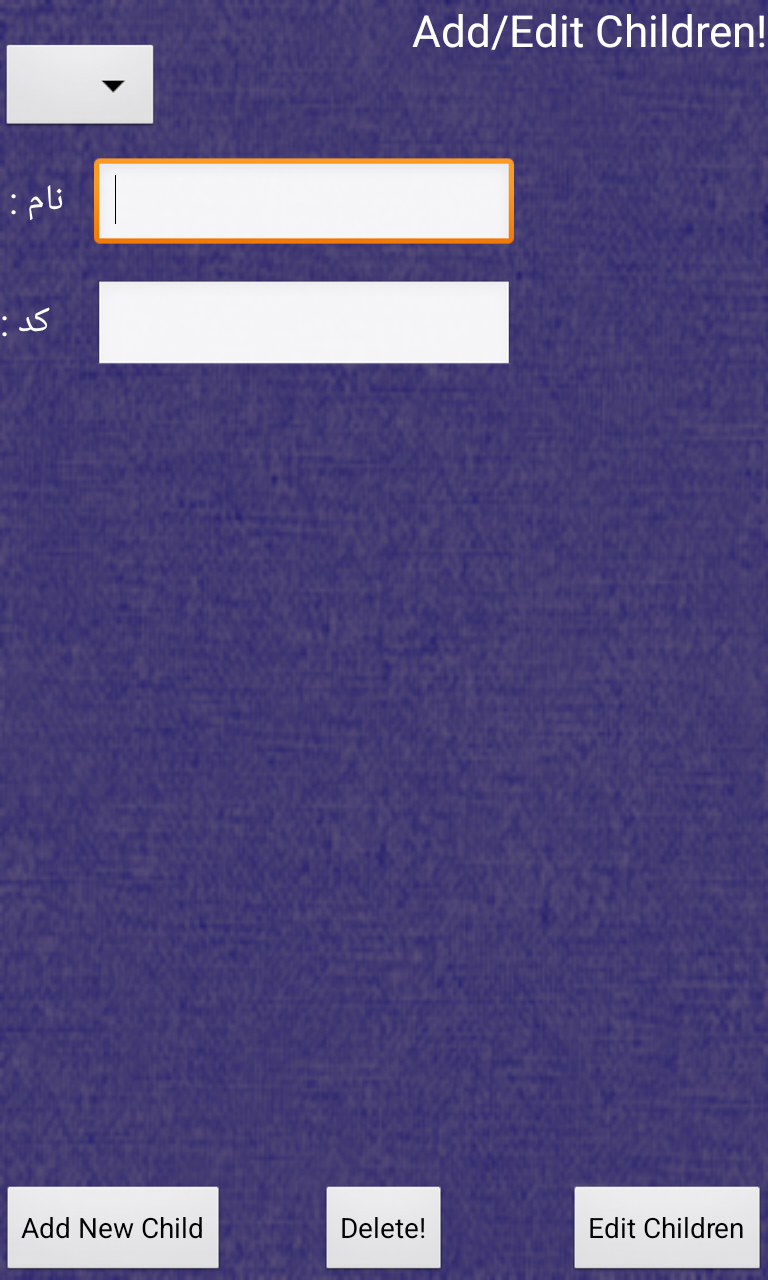
Repository: samanamp/RR-Controller
Layout: RRC app/res/layout/activity_child_setting.xml
An editor plug-in stored every save of this project. The layout is shown before and after the next save, followed by the edit.
It is drawn on a 768 x 1280 px phone screen (xhdpi) without system bars, with theme AppTheme; the app's code is not run.

Above is the layout before, as saved 2012-08-09 14:35:36.

### RRC app/res/layout/activity_child_setting.xml
<?xml version="1.0" encoding="utf-8"?>
<RelativeLayout xmlns:android="http://schemas.android.com/apk/res/android"
    xmlns:tools="http://schemas.android.com/tools"
    android:layout_width="match_parent"
    android:layout_height="match_parent"
    android:background="@drawable/bg_menu" >

    <Button
        android:id="@+id/button1"
        android:layout_width="wrap_content"
        android:layout_height="wrap_content"
        android:layout_alignParentBottom="true"
        android:layout_alignParentLeft="true"
        android:onClick="newChild"
        android:text="Add New Child" />

    <Button
        android:id="@+id/button2"
        android:layout_width="wrap_content"
        android:layout_height="wrap_content"
        android:layout_alignParentBottom="true"
        android:layout_alignParentRight="true"
        android:onClick="editChild"
        android:text="Edit Children" />

    <Spinner
        android:id="@+id/spinner1"
        android:layout_width="wrap_content"
        android:layout_height="wrap_content"
        android:layout_alignParentLeft="true"
        android:layout_marginTop="20dp" />

    <TextView
        android:id="@+id/textView2"
        android:layout_width="wrap_content"
        android:layout_height="wrap_content"
        android:layout_alignParentLeft="true"
        android:layout_below="@+id/spinner1"
        android:layout_marginTop="19dp"
        android:text="نام : "
        android:textAppearance="?android:attr/textAppearanceMedium"
        android:textColor="#ffffff" />

    <EditText
        android:id="@+id/editText1"
        android:layout_width="wrap_content"
        android:layout_height="wrap_content"
        android:layout_alignBaseline="@+id/textView2"
        android:layout_alignBottom="@+id/textView2"
        android:layout_marginLeft="15dp"
        android:layout_toRightOf="@+id/textView2"
        android:ems="10" >

        <requestFocus />
    </EditText>

    <TextView
        android:id="@+id/textView3"
        android:layout_width="wrap_content"
        android:layout_height="wrap_content"
        android:layout_alignParentLeft="true"
        android:layout_below="@+id/editText1"
        android:layout_marginTop="22dp"
        android:text="کد :"
        android:textAppearance="?android:attr/textAppearanceMedium"
        android:textColor="#ffffff" />

    <EditText
        android:id="@+id/editText2"
        android:layout_width="wrap_content"
        android:layout_height="wrap_content"
        android:layout_alignBaseline="@+id/textView3"
        android:layout_alignBottom="@+id/textView3"
        android:layout_alignLeft="@+id/editText1"
        android:ems="10"
        android:inputType="number" />

    <Button
        android:id="@+id/button3"
        android:layout_width="wrap_content"
        android:layout_height="wrap_content"
        android:layout_alignParentBottom="true"
        android:layout_centerHorizontal="true"
        android:onClick="delChild"
        android:text="Delete!" />

    <TextView
        android:id="@+id/textView1"
        android:layout_width="wrap_content"
        android:layout_height="wrap_content"
        android:layout_alignParentRight="true"
        android:layout_alignParentTop="true"
        android:text="Add/Edit Children!"
        android:textAppearance="?android:attr/textAppearanceLarge"
        android:textColor="#ffffff" />

</RelativeLayout>

Loaded but not shown: RRC app/res/values/styles.xml (common file)

After the next save:
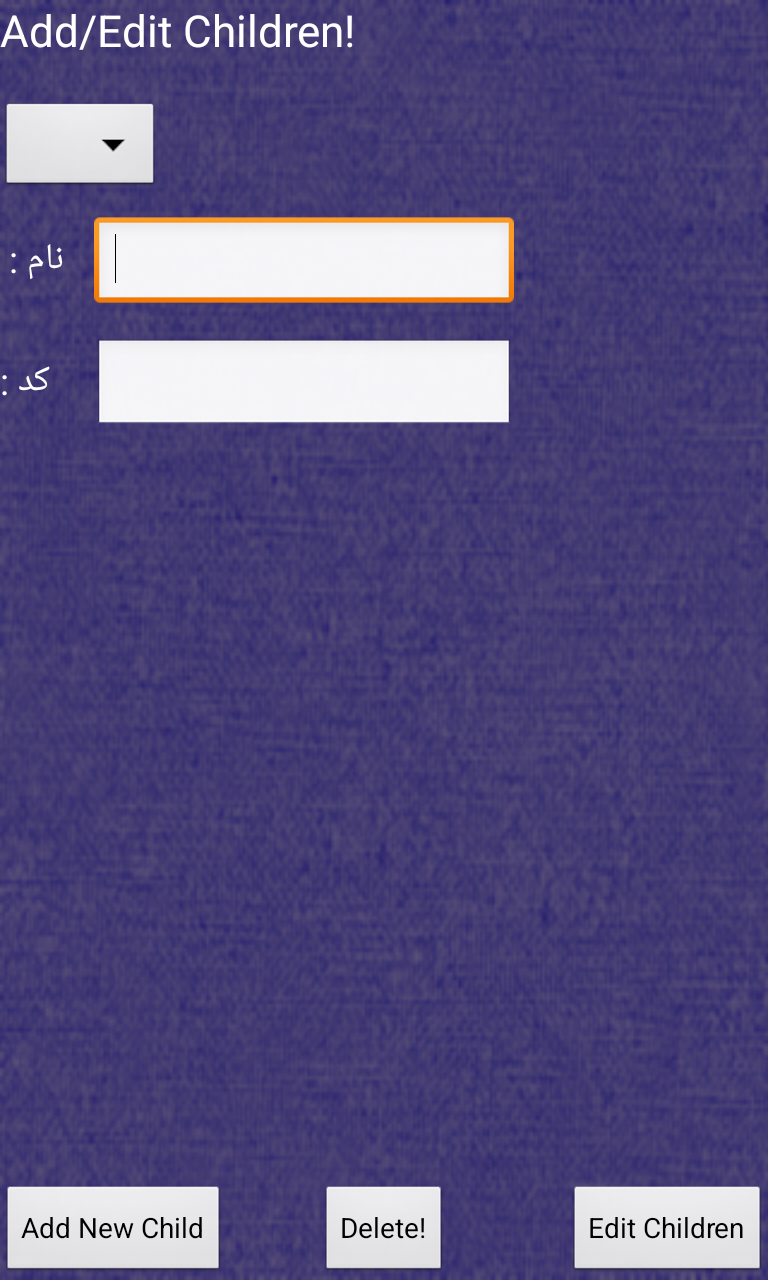
Saved 108 s later.
--- a/RRC app/res/layout/activity_child_setting.xml
+++ b/RRC app/res/layout/activity_child_setting.xml
@@ -23,11 +23,22 @@
         android:onClick="editChild"
         android:text="Edit Children" />
 
+    <TextView
+        android:id="@+id/textView1"
+        android:layout_width="wrap_content"
+        android:layout_height="wrap_content"
+        android:layout_alignParentLeft="true"
+        android:layout_alignParentTop="true"
+        android:text="Add/Edit Children!"
+        android:textAppearance="?android:attr/textAppearanceLarge"
+        android:textColor="#ffffff" />
+
     <Spinner
         android:id="@+id/spinner1"
         android:layout_width="wrap_content"
         android:layout_height="wrap_content"
         android:layout_alignParentLeft="true"
+        android:layout_below="@+id/textView1"
         android:layout_marginTop="20dp" />
 
     <TextView
@@ -81,17 +92,7 @@
         android:layout_height="wrap_content"
         android:layout_alignParentBottom="true"
         android:layout_centerHorizontal="true"
-        android:onClick="delChild"
-        android:text="Delete!" />
-
-    <TextView
-        android:id="@+id/textView1"
-        android:layout_width="wrap_content"
-        android:layout_height="wrap_content"
-        android:layout_alignParentRight="true"
-        android:layout_alignParentTop="true"
-        android:text="Add/Edit Children!"
-        android:textAppearance="?android:attr/textAppearanceLarge"
-        android:textColor="#ffffff" />
+        android:text="Delete!"
+        android:onClick="delChild"/>
 
 </RelativeLayout>
